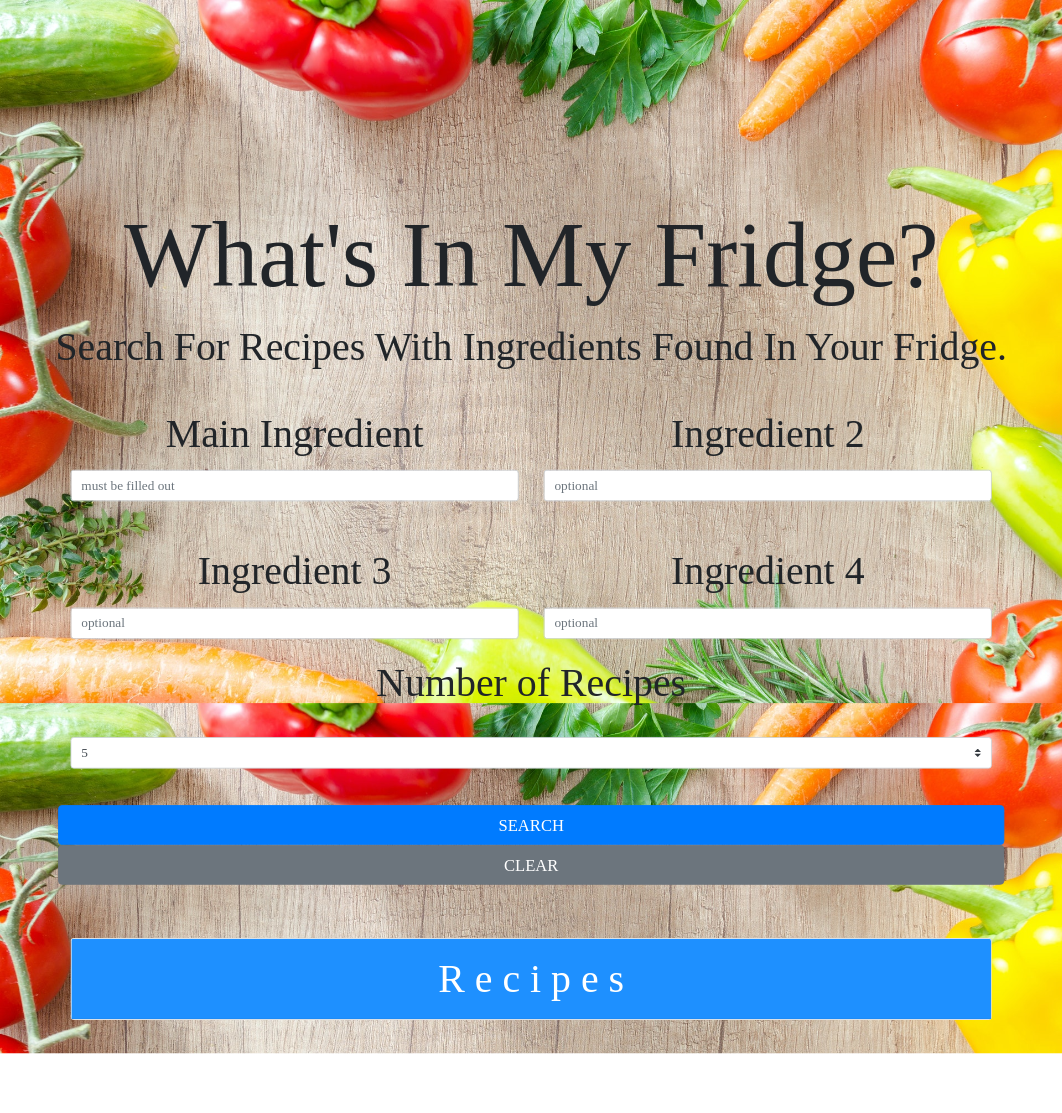
Repository: ogipajic/Recipe_API
Page: index.html
An editor plug-in stored every save of this project. The page is shown before and after the next save, followed by the edit.
The browser window is 1280 px wide. The pictures show the whole page, at 83% of full size.
Backgrounds fixed to the window are drawn as part of the page. Some web fonts or font styles are not loaded; a fallback is used.

Above is the page before, as saved 2020-07-14 14:11:06.

After the next save:
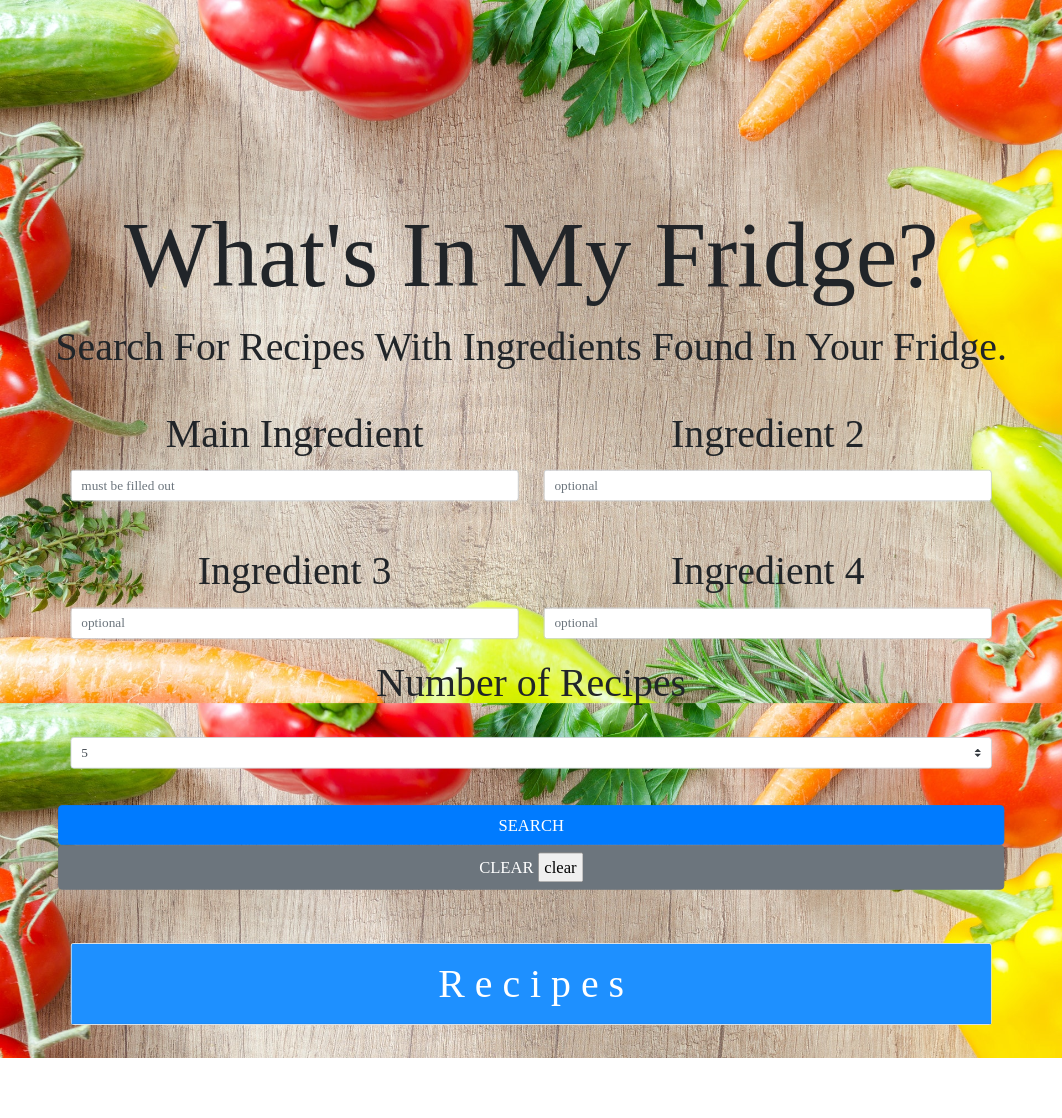
Saved 17 min 22 s later.
--- a/index.html
+++ b/index.html
@@ -79,7 +79,9 @@
 
             <button type="submit" id="run-search" class="btn btn-primary btn-lg btn-block">SEARCH</button>
             <p id="results"></p>
-            <button type="button" id="clear-all" class="btn btn-secondary btn-lg btn-block">CLEAR</button>
+            <button type="button" id="clear-all" class="btn btn-secondary btn-lg btn-block">CLEAR
+              <input type = "button" onclick = "newFunction()" value="clear">
+            </button>
             </div>
         </div>
     </div>
